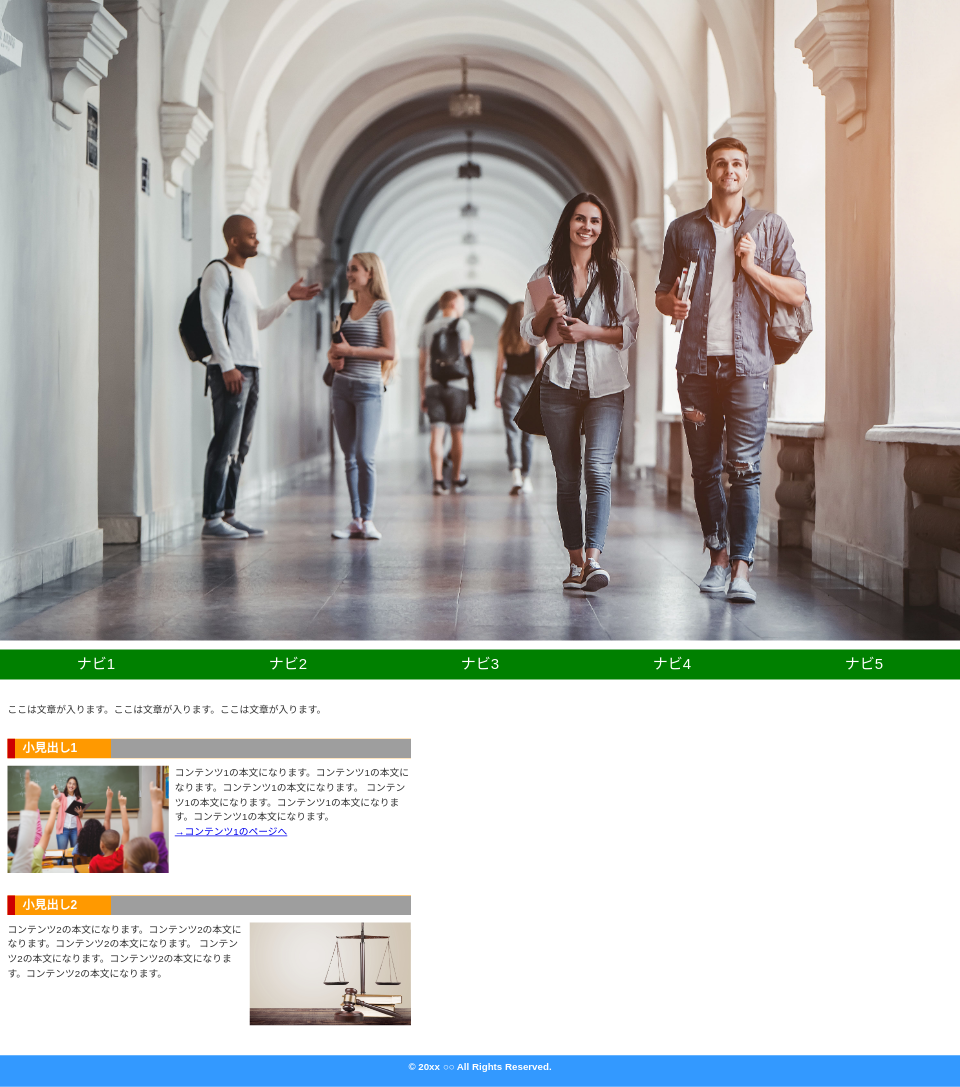
Repository: sevenseas777/samurai_HTML-CSS
Page: home.html
The author's editor kept a record of every edit. The page is drawn from the files as they stood at one moment, then again after the next edit.
The browser window is 1280 px wide. The pictures show the whole page, at 75% of full size.
Pictures or frames that could not be fetched are drawn as grey boxes.

Above is the page before.

### home.html
<!DOCTYPE html>
<html lang="ja">
    <head>
        <meta charset="UTF-8">
        <title>HTML/CSSの学習</title>
        <link rel="stylesheet" href="stylesheet.css">
    </head>
    <body>
        <div id="header">
            <h1><a href="index.html"><img id="corridor" src="images/corridor.jpg" alt="大学の廊下" /></a></h1>
        </div>
        <div id="wrapper">
            <div id="nav">
              <ul>
                <li><a href="home.html">ナビ1</a></li>
                <li><a href="#">ナビ2</a></li>
                <li><a href="#">ナビ3</a></li>
                <li><a href="#">ナビ4</a></li>
                <li><a href="#">ナビ5</a></li>
              </ul>
            </div>
            <div id="container">
              <div id="main">
                <div class="post">
                  <p>ここは文章が入ります。ここは文章が入ります。ここは文章が入ります。</p>
                  </div>
                  <div class="post clearfix">
                    <h2>小見出し1</h2>
                    <img class="left" src="images/classroom.jpg" alt="授業風景" />
                    <p>
                      コンテンツ1の本文になります。コンテンツ1の本文になります。コンテンツ1の本文になります。
                      コンテンツ1の本文になります。コンテンツ1の本文になります。コンテンツ1の本文になります。
                    </p>
                    <p><a href="#">→コンテンツ1のページへ</a></p>
                  </div>
                  <div class="post clearfix">
                    <h2>小見出し2</h2>
                    <img class="right" src="images/scale.jpg" alt="天秤" />
                    <p>
                      コンテンツ2の本文になります。コンテンツ2の本文になります。コンテンツ2の本文になります。
                      コンテンツ2の本文になります。コンテンツ2の本文になります。コンテンツ2の本文になります。
                    </p>
                  </div>

                  <p></p>
                </div>
              </div>
            </div></div>
        </div>
          <div id="footer">
            <p>&copy; 20xx ○○ All Rights Reserved.</p>
          </div>
    </body>
</html>

### stylesheet.css
@charset "utf-8";

body {
	margin: 0;
	padding: 0;
	font-family: "ヒラギノ角ゴ Pro W3", "Hiragino Kaku Gothic Pro", "メイリオ", Meiryo, Osaka, "ＭＳ Ｐゴシック", "MS PGothic", sans-serif;
	color: #333;
	font-size: 13px;
	line-height: 150%;
}

/* -------------------- wrapper -------------------- */
#wrapper {
	width: 100%;
	margin: auto;
	padding: 0px;
	border: 0px;
	background-color: #FFF;
	top: 10px;
	position: relative;
}

/* -------------------- header -------------------- */
 #header {
 	width: 100%;
}
 #header h1 {
 	 margin: 0;
	 padding: 0;
}

 #corridor {
	 width: 100%;
	 height: auto;
}
/* -------------------- footer -------------------- */
#footer {
	clear: both;
	width: 100%;
	padding: 3px 0;
	background: #39F;
	color: #FFF;
	font-weight: bold;
	text-align: center;
}
/* -------------------- nav -------------------- */
#nav {
  width: 100%;
}
#nav ul {
  display: flex;
  margin: 0;
  padding: 0;
  list-style-type: none;
}
#nav li {
/  float: left;
  width: 20%;
  text-align: center;
}
#nav ul li a {
  display: block;
  height: 20px;
  margin: 0;
  padding: 10px;
  color: #FFF;
  font-size: 20px;
  text-decoration: none;
  background-color: green;
}

#nav ul li a:hover {
  filter: drop-shadow(10px 10px 10 px black);
}

/* -------------------- container -------------------- */
#container {
  width: 100%;
  margin: auto;
  padding: auto;
  padding-top: 20px;
  clear: both;
  display: grid;
  grid-template-columns:70vw 30vw;
}


/* -------------------- main -------------------- */
#main {
  float: left;
  width: 60%;
  padding: 10px 30px 10px 10px;
}
#main h2 {
  margin: 0 0 10px 0;
  padding: 3px 10px 3px 10px;
  color:#FFF;
  font-size: 16px;
  border-left: solid 10px #C00;
  background: #F90 url(../images/main_h2.jpg) right top repeat-y;
}
#main p {
  margin: 0;
  padding: 0;
}

#main .post {
  margin:0 0 30px 0;
}
#main .post img.right {
  margin :0 0 0 8px;
}
#main .post img.left {
  margin:0 8px 0 0;
}


.right {
  float: right;
  width: 40%;
  height: auto;
}
.left {
  float: left;
  width: 40%;
  height: auto;
}
/* -------------------- clearfix -------------------- */
.clearfix {
  zoom: 1;
}
.clearfix:after{
  content: "";
  display: block;
  clear: both;
}

/* -------------------- side -------------------- */
#side {
  float: right;
  width:30%;
  padding: 20px;
  background-color: #F99;
}
#side .box {
  margin: 0 auto 30px auto;
  padding: 0 0 20px 0;
  background: url(images/side_box.png) bottom no-repeat;
}
#side .box h2 {
  margin: 0;
  padding: 8px;
  text-align: center;
  color: #fff;
  font-size: 16px;
  line-height: 16px;
  font-weight: normal;
  background: url(images/side_box_h2.png) center no-repeat;
}
#side .box .boxBody {
  padding: 8px;
  border-right: solid 1px #C36;
  border-bottom: solid 1px #C36;
  border-left:  solid 1px #C36;
  background: #fff;
}
#side .box .boxBody ul {
  margin :0 0 16px 0;
  padding: 0;
}
#side .box .boxBody ul li {
  padding: 8px 0 8px 4px;
  list-style: none;
  border-bottom: solid 1px #C36;
}

#side .box .boxBody ul li:hober {
  padding: 8px 0 8px 4px;
  list-style: none;
  border-bottom: solid 1px #C36;
  box-shadow: 0px 4px 4px rgba(0, 0, 0, 0.3);
}

After the next edit:
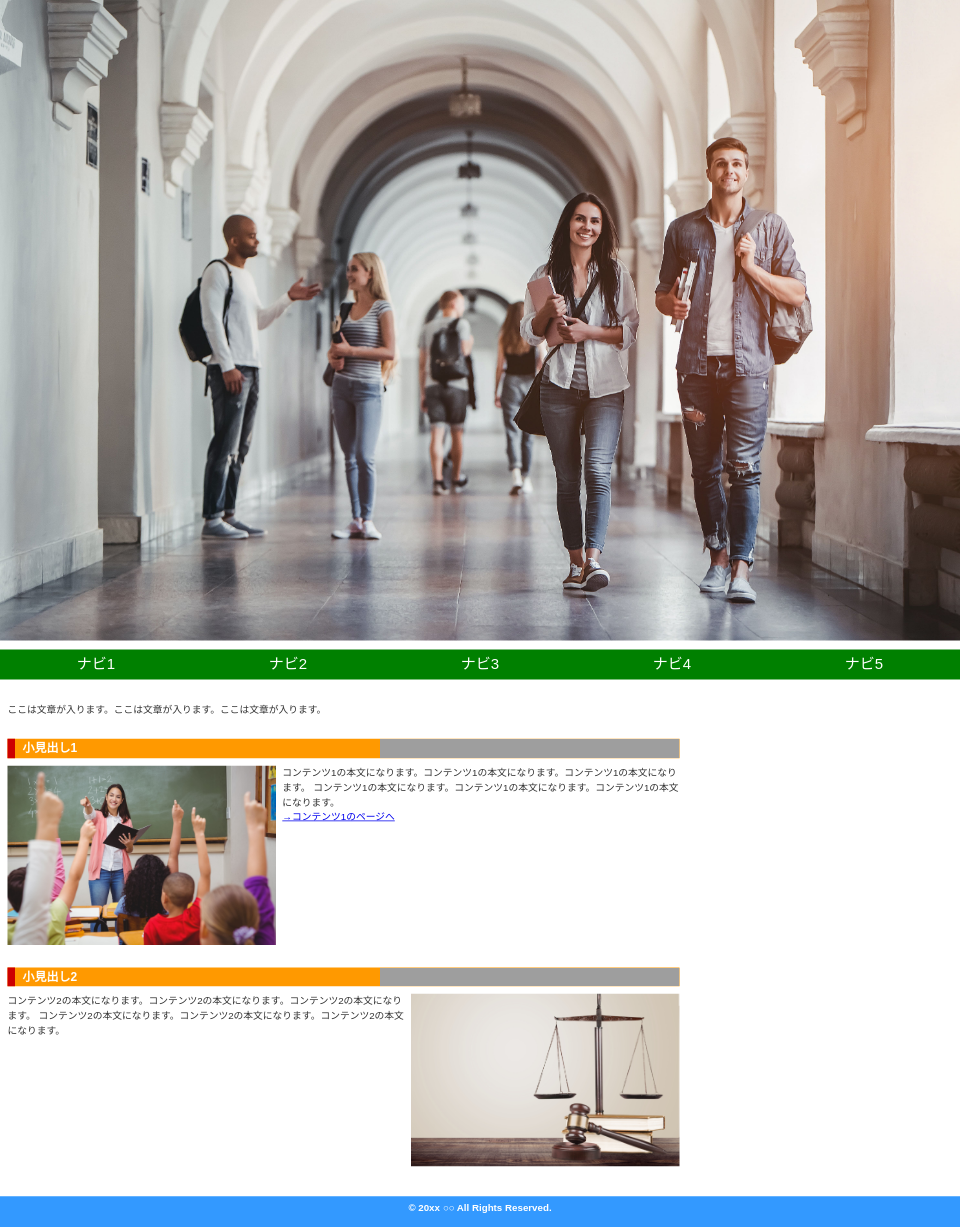
The edit:
--- a/stylesheet.css
+++ b/stylesheet.css
@@ -87,8 +87,9 @@
 
 /* -------------------- main -------------------- */
 #main {
-  float: left;
-  width: 60%;
+  width: 100%;
+/*  float: left;
+  width: 60%; */
   padding: 10px 30px 10px 10px;
 }
 #main h2 {
